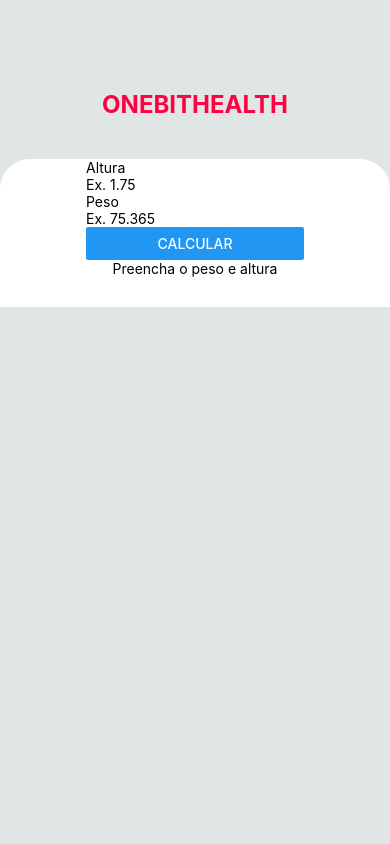
Repository: GustavoMSevero/onebithealth
Screen: /
The author's editor kept a copy of each file at every save. The screen is drawn from the files as they stood at one save, then again after the next save.
The app was drawn by React Native's web renderer in a window 390 px wide. The project was rebuilt for these pictures with package versions that can differ from the ones it lists, and the page was loaded fresh each time.

Above is the screen before, as saved 2024-09-06 16:25:53.

After the next save:
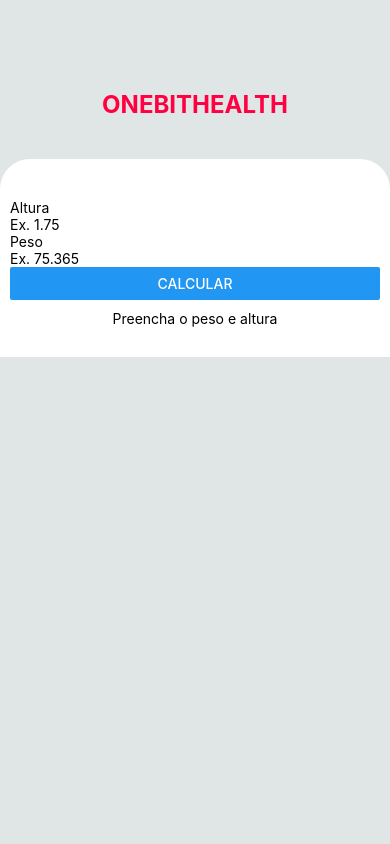
Saved 23 s later.
--- a/src/components/Form/index.js
+++ b/src/components/Form/index.js
@@ -32,8 +32,7 @@
 
     return(
         <View style={styles.formContext}>
-            <View>
-
+            <View style={styles.form}>
                 <Text>Altura</Text>
                 <TextInput
                     onChange={setHeight}
@@ -41,7 +40,6 @@
                     placeholder="Ex. 1.75"
                     keyboardType="numeric"
                 />
-
                 <Text>Peso</Text>
                 <TextInput
                     onChange={setWeigth}
